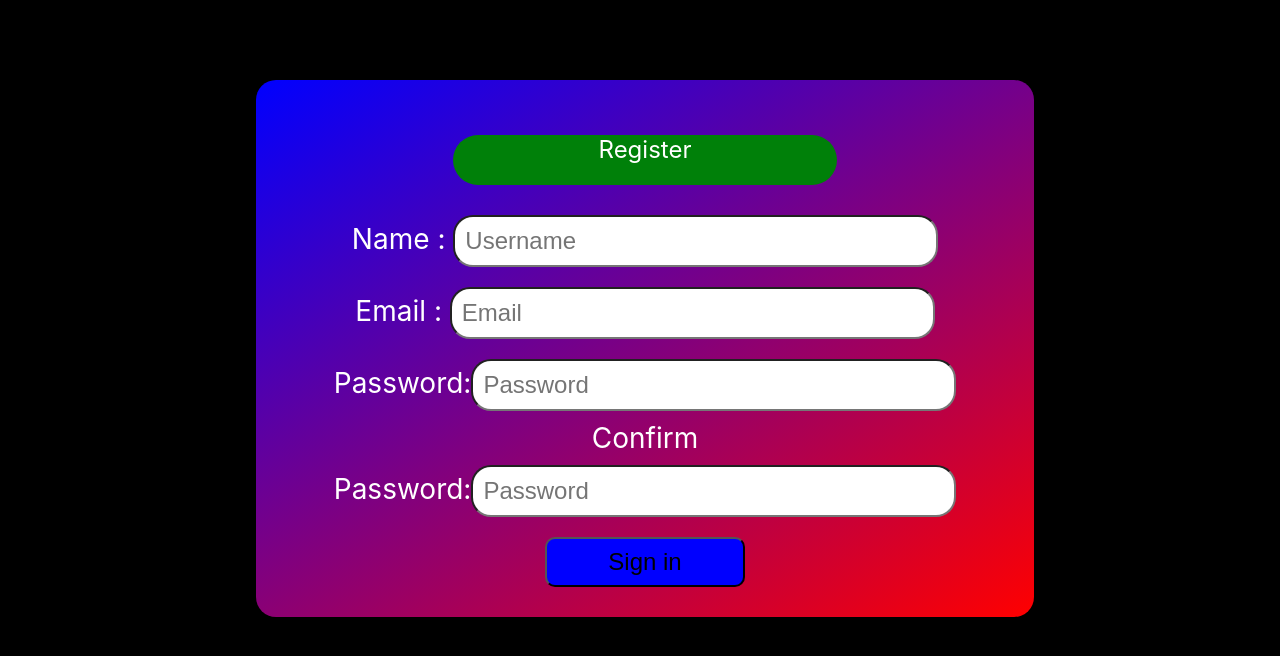
Repository: abhaysharma20233009/swiftKey
Page: /signup (app in frontend/my-app/)
The author's editor kept a copy of each file at every save. The page is drawn from the files as they stood at one save, then again after the next save.
The browser window is 1280 px wide. The pictures show the whole page.
The project was rebuilt for these pictures with package versions that can differ from the ones it lists, and the page was loaded fresh each time. Also part of the build but not shown: frontend/my-app/src/Swifts.js, frontend/my-app/src/Results.js, frontend/my-app/src/Login.js.

Above is the page before, as saved 2024-10-10 21:10:14.

### frontend/my-app/src/App.js
//App.js

import './App.css';
import React from 'react';
import { BrowserRouter as Router, Route, Routes } from 'react-router-dom';
import Swift from './Swifts';
import Results from './Results';
import Login from './Login';
import Signup from './Signup';
const App = () => {
    return (
        <Router>
			<div className="App">
            <Routes>
                <Route path="/" element={<Swift />} />
                <Route path="/results" element={<Results />} />
                <Route path="/login" element={<Login />} />
                <Route path="/signup" element={<Signup/>}/>
            </Routes>
			</div>
        </Router>
    );
};

export default App;

### frontend/my-app/src/App.css
.App {
  text-align: center;
  color:white;
}

body{
  background-color:black;
}

.log{
  color:black;
  margin-left: 10px;
  margin-right: 10px;
  background-color: blue;
  border-radius: 10px;
  height:50px;
  width:200px;
  justify-self: end;
  font-size: x-large;
  margin-top:10px;
  margin-bottom:25px;
}




.in{
  border-radius:20px;
  font-size: 24px;
  width: 60%;
  padding: 10px;
  margin: 10px 0;
}

.hea{
  margin-top: 50px;
  margin-bottom:20px;
  margin-left:25%;
  background-color: lightgray;
  font-size: 24px;
  background-color:rgb(0, 128, 9);
  width:50%;
  height:50px;
  border-radius:30px;
  text-align: center;
}

.lo{
  text-align:center;
}
.Timer{
  height:50px;
  font-size:30px;
  margin-bottom: 10px;
  background-color:rgb(33, 222, 23);
  width:50px;
  margin-left:48%;
  border-radius: 15px;
}

.form{
  font-size: 28px;
  margin-top:80px;
  padding:5px;
  background:linear-gradient(150deg,blue,red);
  background-color:rgb(169, 90, 63);
  width:60%;
  border-radius:20px;
  margin-left:20%;
}

.logs{
  color:black;
  margin-left: 10px;
  margin-right: 10px;
  background-color: rgb(255, 0, 47);
  border-radius: 10px;
  height:50px;
  width:200px;
  justify-self: end;
  font-size: x-large;
  margin-top:10px;
  margin-bottom:25px;
}

### frontend/my-app/src/Signup.js
// Register.js
import React, { useState } from 'react';
import { useNavigate } from 'react-router-dom';
const Signup = () => {
    const [username, setUsername] = useState('');
    const [email, setEmail] = useState('');
    const [password, setPassword] = useState('');

    const navigate = useNavigate();
    const fetchUser = async () => {
        try {
            await fetch('http://localhost:7000/login');

        } catch (error) {
            console.error('Error fetching messages:', error);
        }
    };

    const sign = async () => {
        try {
            navigate('/', { state: { username, email } });
            const response = await fetch('http://localhost:7000/signup', {
                method: 'POST',
                headers: {
                    'Content-Type': 'application/json',
                },
                body: JSON.stringify({ userName: username, email, password }),
            });

            if (!response.ok) {
                const errorData = await response.json();
                alert(errorData.message || errorData.error);
                return;
            }
            // Reset fields
            setUsername('');
            setPassword('');

            // Navigate to Swifts with username

            await fetchUser();

        } catch (error) {
            console.error('Error login:', error);
        }
    }


    return (
        <div>

            <form className="form">
                <div className='hea'>Register</div>
                Name  :   <input
                    className="in"
                    type="text"
                    placeholder="Username"
                    value={username}
                    onChange={(e) => setUsername(e.target.value)}
                    required
                />
                <br />
                Email   : <input
                    className="in"
                    type="email"
                    placeholder="Email"
                    value={email}
                    onChange={(e) => setEmail(e.target.value)}
                    required
                />
                <br />
                Password:<input

                    className="in"
                    type="password"
                    placeholder="Password"
                    value={password}
                    onChange={(e) => setPassword(e.target.value)}
                    required
                />
                <br />
                Confirm
                <br/>
                Password:<input

                    className="in"
                    type="password"
                    placeholder="Password"
                    value={password}
                    onChange={(e) => setPassword(e.target.value)}
                    required
                />
                <br />
                <button className="log" onClick={sign}>Sign in</button>
            </form>
        </div>
    );
};

export default Signup;

Loaded but not shown: frontend/my-app/public/index.html (common file); frontend/my-app/src/index.js (common file); frontend/my-app/src/index.css (common file); frontend/my-app/src/reportWebVitals.js (common file)

After the next save:
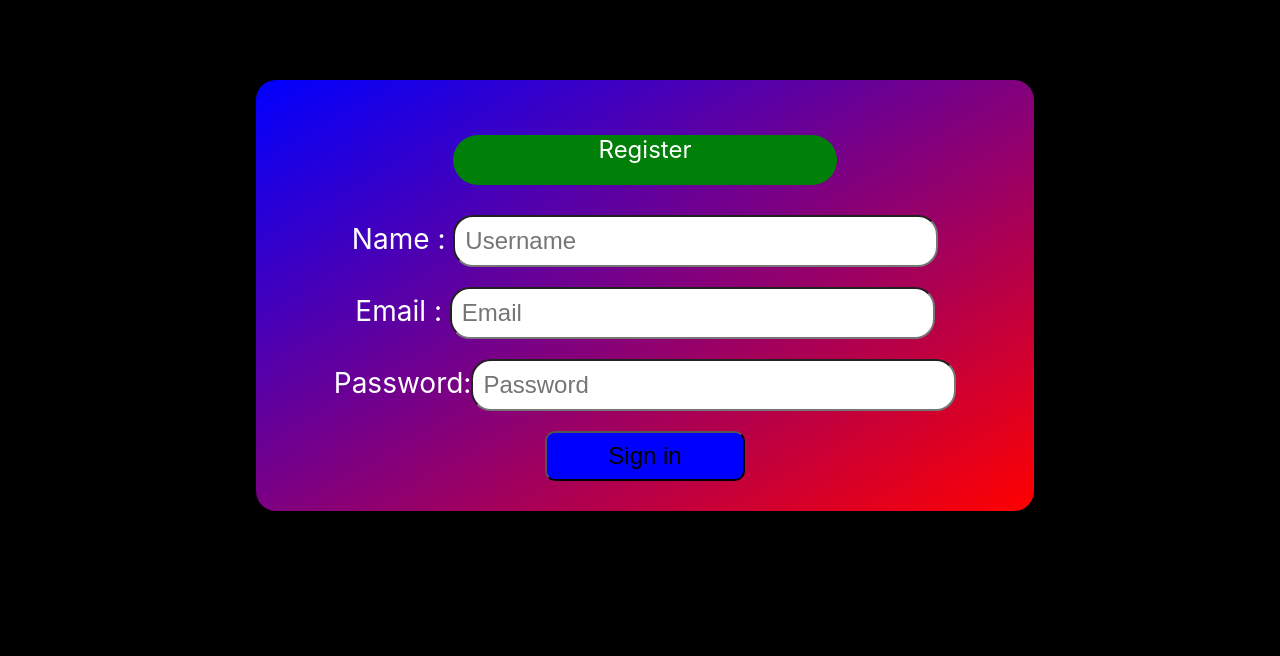
Saved 17 s later.
--- a/frontend/my-app/src/Signup.js
+++ b/frontend/my-app/src/Signup.js
@@ -18,7 +18,7 @@ const Signup = () => {
 
     const sign = async () => {
         try {
-            navigate('/', { state: { username, email } });
+            navigate('/', { state: { username,email } });
             const response = await fetch('http://localhost:7000/signup', {
                 method: 'POST',
                 headers: {
@@ -49,9 +49,9 @@ const Signup = () => {
     return (
         <div>
 
-            <form className="form">
-                <div className='hea'>Register</div>
-                Name  :   <input
+            <form className ="form">
+            <div  className='hea'>Register</div>
+               Name  :   <input
                     className="in"
                     type="text"
                     placeholder="Username"
@@ -59,38 +59,27 @@ const Signup = () => {
                     onChange={(e) => setUsername(e.target.value)}
                     required
                 />
-                <br />
-                Email   : <input
-                    className="in"
+                <br/>
+                 Email   : <input
+                className="in"
                     type="email"
                     placeholder="Email"
                     value={email}
                     onChange={(e) => setEmail(e.target.value)}
                     required
                 />
-                <br />
+                <br/>
                 Password:<input
 
-                    className="in"
+                className="in"
                     type="password"
                     placeholder="Password"
                     value={password}
                     onChange={(e) => setPassword(e.target.value)}
                     required
                 />
-                <br />
-                Confirm
                 <br/>
-                Password:<input
 
-                    className="in"
-                    type="password"
-                    placeholder="Password"
-                    value={password}
-                    onChange={(e) => setPassword(e.target.value)}
-                    required
-                />
-                <br />
                 <button className="log" onClick={sign}>Sign in</button>
             </form>
         </div>
